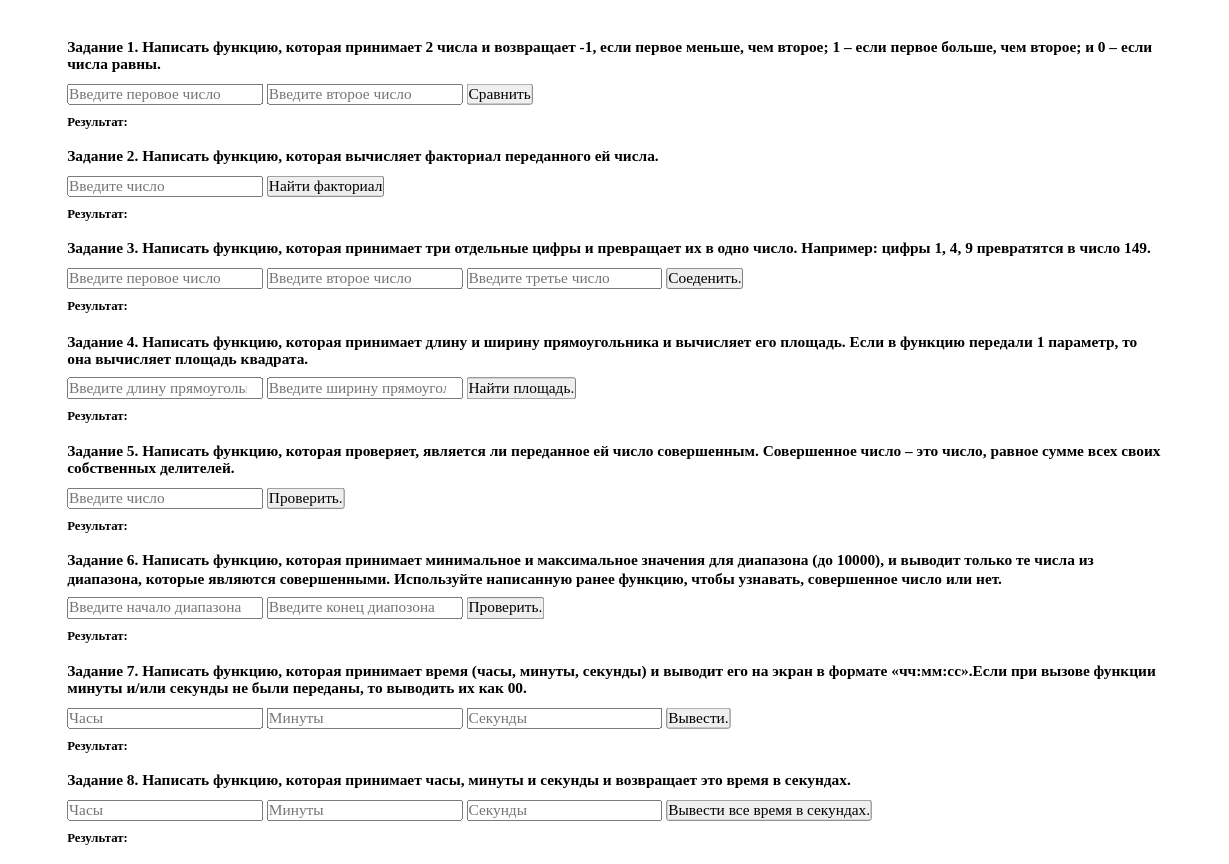
Repository: NastyaGavrilova/Beetroot-js
Page: HW3/index.html
An editor plug-in stored every save of this project. The page is shown before and after the next save, followed by the edit.
The browser window is 1280 px wide. The pictures show the whole page, at 96% of full size.

Above is the page before, as saved 2021-10-18 17:51:59.

### HW3/index.html
<!DOCTYPE html>
<html lang="en">
  <head>
    <meta charset="UTF-8" />
    <meta http-equiv="X-UA-Compatible" content="IE=edge" />
    <meta name="viewport" content="width=device-width, initial-scale=1.0" />
    <link
      rel="stylesheet"
      href="https://cdnjs.cloudflare.com/ajax/libs/normalize/8.0.1/normalize.min.css"
      integrity="sha512-NhSC1YmyruXifcj/KFRWoC561YpHpc5Jtzgvbuzx5VozKpWvQ+4nXhPdFgmx8xqexRcpAglTj9sIBWINXa8x5w=="
      crossorigin="anonymous"
      referrerpolicy="no-referrer"
    />
    <link rel="stylesheet" href="./index.css" />
    <title>Functions</title>
  </head>
  <body>
    <section class="c-task-one">
      <h4 class="c-task-one__title c-title">
        Задание 1. Написать функцию, которая принимает 2 числа и возвращает -1,
        если первое меньше, чем второе; 1 – если первое больше, чем второе; и 0
        – если числа равны.
      </h4>
      <form
        action="#"
        method="post"
        class="c-task-one__form c-form"
        id="js-task1-form"
      >
        <input
          type="number"
          id="js-task1-input1"
          placeholder="Введите перовое число"
        />
        <input
          type="number"
          id="js-task1-input2"
          placeholder="Введите второе число"
        />
        <button id="js-task1-btn">Сравнить</button>
      </form>
      <h5>Результат: <span id="js-task1-span"></span></h5>
    </section>

    <section class="c-task-two c-tasks">
      <h4 class="c-task-two__title c-title">
        Задание 2. Написать функцию, которая вычисляет факториал переданного ей
        числа.
      </h4>
      <form
        action="#"
        method="post"
        class="c-task-two__form c-form"
        id="js-task2-form"
      >
        <input type="number" id="js-task2-input1" placeholder="Введите число" />
        <button id="js-task2-btn">Найти факториал</button>
      </form>
      <h5>Результат: <span id="js-task2-span"></span></h5>
    </section>

    <section class="c-task-three c-tasks">
      <h4 class="c-task-third__title c-title">
        Задание 3. Написать функцию, которая принимает три отдельные цифры и
        превращает их в одно число. Например: цифры 1, 4, 9 превратятся в число
        149.
      </h4>
      <form
        action="#"
        method="post"
        class="c-task-two__form c-form"
        id="js-task3-form c-form"
      >
        <input
          type="number"
          id="js-task3-input1"
          placeholder="Введите перовое число"
        />
        <input
          type="number"
          id="js-task3-input2"
          placeholder="Введите второе число"
        />
        <input
          type="number"
          id="js-task3-input3"
          placeholder="Введите третье число"
        />
        <button id="js-task3-btn">Соеденить.</button>
      </form>
      <h5>Результат: <span id="js-task3-span"></span></h5>
    </section>

    <section class="c-task-four c-tasks">
      <h4 class="c-task-four__title c-title">
        Задание 4. Написать функцию, которая принимает длину и ширину
        прямоугольника и вычисляет его площадь. Если в функцию передали 1
        параметр, то она вычисляет площадь квадрата.
      </h4>
      <form
        action="#"
        method="post"
        class="c-task-four__form c-form"
        id="js-task4-form"
      >
        <input
          type="number"
          id="js-task4-input1"
          placeholder="Введите длину прямоугольника"
        />
        <input
          type="number"
          id="js-task4-input2"
          placeholder="Введите ширину прямоугольника"
        />
        <button id="js-task4-btn">Найти площадь.</button>
      </form>
      <h5>Результат: <span id="js-task4-span"></span></h5>
    </section>

    <section class="c-task-five c-tasks">
      <h4 class="c-task-five__title c-title">
        Задание 5. Написать функцию, которая проверяет, является ли переданное
        ей число совершенным. Совершенное число – это число, равное сумме всех
        своих собственных делителей.
      </h4>
      <form
        action="#"
        method="post"
        class="c-task-five__form c-form"
        id="js-task5-form"
      >
        <input type="number" id="js-task5-input1" placeholder="Введите число" />
        <button id="js-task5-btn">Проверить.</button>
      </form>
      <h5>Результат: <span id="js-task5-span"></span></h5>
    </section>

    <section class="c-task-six c-tasks">
      <h4 class="c-task-six__title c-title">
        Задание 6. Написать функцию, которая принимает минимальное и
        максимальное значения для диапазона (до 10000), и выводит только те
        числа из диапазона, которые являются совершенными. Используйте
        написанную ранее функцию, чтобы узнавать, совершенное число или нет.
      </h4>
      <form
        action="#"
        method="post"
        class="c-task-six__form c-form"
        id="js-task6-form"
      >
        <input
          type="number"
          id="js-task6-input1"
          placeholder="Введите начало диапазона"
        />
        <input
          type="number"
          id="js-task6-input2"
          placeholder="Введите конец диапозона"
        />
        <button id="js-task6-btn">Проверить.</button>
      </form>
      <h5>Результат: <span id="js-task6-span"></span></h5>
    </section>

    <section class="c-task-seven c-tasks">
      <h4 class="c-task-seven__title c-title">
        Задание 7. Написать функцию, которая принимает время (часы, минуты,
        секунды) и выводит его на экран в формате «чч:мм:сс».Если при вызове
        функции минуты и/или секунды не были переданы, то выводить их как 00.
      </h4>
      <form
        action="#"
        method="post"
        class="c-task-seven__form c-form"
        id="js-task7-form"
      >
        <input type="number" id="js-task7-input1" placeholder="Часы" />
        <input type="number" id="js-task7-input2" placeholder="Минуты" />
        <input type="number" id="js-task7-input3" placeholder="Секунды" />
        <button id="js-task7-btn">Вывести.</button>
      </form>
      <h5>Результат: <span id="js-task7-span"></span></h5>
    </section>

    <section class="c-task-eight c-tasks">
      <h4 class="c-task-eight__title c-title">
        Задание 8. Написать функцию, которая принимает часы, минуты и секунды и
        возвращает это время в секундах.
      </h4>
      <form
        action="#"
        method="post"
        class="c-task-eight__form c-form"
        id="js-task8-form"
      >
        <input type="number" id="js-task8-input1" placeholder="Часы" />
        <input type="number" id="js-task8-input2" placeholder="Минуты" />
        <input type="number" id="js-task8-input3" placeholder="Секунды" />
        <button id="js-task8-btn">Вывести все время в секундах.</button>
      </form>
      <h5>Результат: <span id="js-task8-span"></span></h5>
    </section>
    <script src="./index.js"></script>
  </body>
</html>

### HW3/index.css
* {
  box-sizing: border-box;
  padding: 0;
  margin: 0;
}

body {
  max-width: 1200px;
  margin: 0 auto;
}
.c-task-one {
  padding: 40px 30px 20px 30px;
}

.c-tasks {
  padding: 0 30px 20px 30px;
}
.c-title {
  margin-bottom: 10px;
}
.c-form {
  margin-bottom: 10px;
}

### HW3/index.js
// const log = console.log;
// Task 1
let btn1 = document.getElementById("js-task1-btn");
btn1.addEventListener("click", (e) => {
  e.preventDefault();
  let task = document.getElementById("js-task1-input1");
  let task1 = document.getElementById("js-task1-input2");
  let span1 = document.getElementById("js-task1-span");
  let one = 1;
  let minusOne = -1;
  let zero = 0;
  if (task.value < task1.value) {
    return (span1.innerHTML = minusOne);
  } else if (task.value > task1.value) {
    return (span1.innerHTML = one);
  } else if (task.value == task1.value) {
    return (span1.innerHTML = zero);
  }
});

// task 2
let btn2 = document.getElementById("js-task2-btn");
btn2.addEventListener("click", (e) => {
  e.preventDefault();
  let task2 = document.getElementById("js-task2-input1");
  let span2 = document.getElementById("js-task2-span");
  let total = 1;
  for (i = task2.value; i > 1; i--) {
    total *= i;
  }
  return (span2.innerHTML = total);
});

// task 3
let btn3 = document.getElementById("js-task3-btn");
btn3.addEventListener("click", (e) => {
  e.preventDefault();
  let task3 = document.getElementById("js-task3-input1");
  let task3_1 = document.getElementById("js-task3-input2");
  let task3_2 = document.getElementById("js-task3-input3");
  let span3 = document.getElementById("js-task3-span");
  if (isNaN(task3.value, task3_1.value, task3_2.value)) {
    return (span3.innerHTML = "Введеное число не цифра");
  }
  return (span3.innerHTML = `${task3.value}${task3_1.value}${task3_2.value}`);
});

// task 4

let btn4 = document.getElementById("js-task4-btn");
btn4.addEventListener("click", (e) => {
  e.preventDefault();
  let task4 = document.getElementById("js-task4-input1");
  let task4_1 = document.getElementById("js-task4-input2");
  let span4 = document.getElementById("js-task4-span");
  let result;
  if (task4.value != "" && task4_1.value != "") {
    result = task4.value * task4_1.value;
    return (span4.innerHTML = result);
  } else if (task4.value != "" && task4_1.value == "") {
    result = Math.pow(task4.value, 2);
    return (span4.innerHTML = result);
  } else if (task4.value == "" && task4_1.value != "") {
    result = Math.pow(task4_1.value, 2);
    return (span4.innerHTML = result);
  }
});

// task 5

btn5 = document.getElementById("js-task5-btn");
btn5.addEventListener("click", (e) => {
  e.preventDefault();
  let task5 = document.getElementById("js-task5-input1");
  let span5 = document.getElementById("js-task5-span");
  let num = task5.value;
  let sum = 0;
  for (var i = 1; i <= num - 1; i++) {
    if (num % i === 0) {
      sum += i;
    }
  }
  if (sum == num) {
    return (span5.innerHTML = `Число ${num} совершенное`);
  } else {
    return (span5.innerHTML = `Число ${num} не совершенное`);
  }
});

// task 6

let btn6 = document.getElementById("js-task6-btn");
btn6.addEventListener("click", (e) => {
  e.preventDefault();
  let task6 = document.getElementById("js-task6-input1");
  let task6_1 = document.getElementById("js-task6-input2");
  let span6 = document.getElementById("js-task6-span");
  let num6 = task6.value;
  let num6_1 = task6_1.value;
  let result = [];

  for (let i = num6; i < num6_1; i++) {
    sum = 0;
    for (let n = 1; n <= i / 2; n++) {
      if (i % n === 0) sum += n;
    }
    if (i === sum) result.push(i);
  }
  return (span6.innerHTML = result);
});

//task 7

let btn7 = document.getElementById("js-task7-btn");
btn7.addEventListener("click", (e) => {
  e.preventDefault();

  let task7 = document.getElementById("js-task7-input1");
  let task7_1 = document.getElementById("js-task7-input2");
  let task7_2 = document.getElementById("js-task7-input3");
  let span7 = document.getElementById("js-task7-span");

  if (task7.value != "" && task7_1.value != "" && task7_2.value != "") {
    return (span7.innerHTML = `«${task7.value}:${task7_1.value}:${task7_2.value}»`);
  } else if (task7.value != "" && task7_1.value != "" && task7_2.value == "") {
    return (span7.innerHTML = `«${task7.value}:${task7_1.value}:00»`);
  } else if (task7.value != "" && task7_1.value == "" && task7_2.value != "") {
    return (span7.innerHTML = `«${task7.value}:00:${task7_2.value}»`);
  } else if (task7.value != "" && task7_1.value == "" && task7_2.value == "") {
    return (span7.innerHTML = `«${task7.value}:00:00»`);
  }
});

// task 8

let btn8 = document.getElementById("js-task8-btn");
btn8.addEventListener("click", (e) => {
  e.preventDefault();
  let task8 = document.getElementById("js-task8-input1");
  let hour = task8.value;
  let task8_1 = document.getElementById("js-task8-input2");
  let minutes = task8_1.value;
  let task8_2 = document.getElementById("js-task8-input3");
  let sec = task8_2.value;
  let span8 = document.getElementById("js-task8-span");

  let result = hour * 3600 + minutes * 60 + sec * 1;
  console.log(result);
  return (span8.innerHTML = result + " секунд");
});

After the next save:
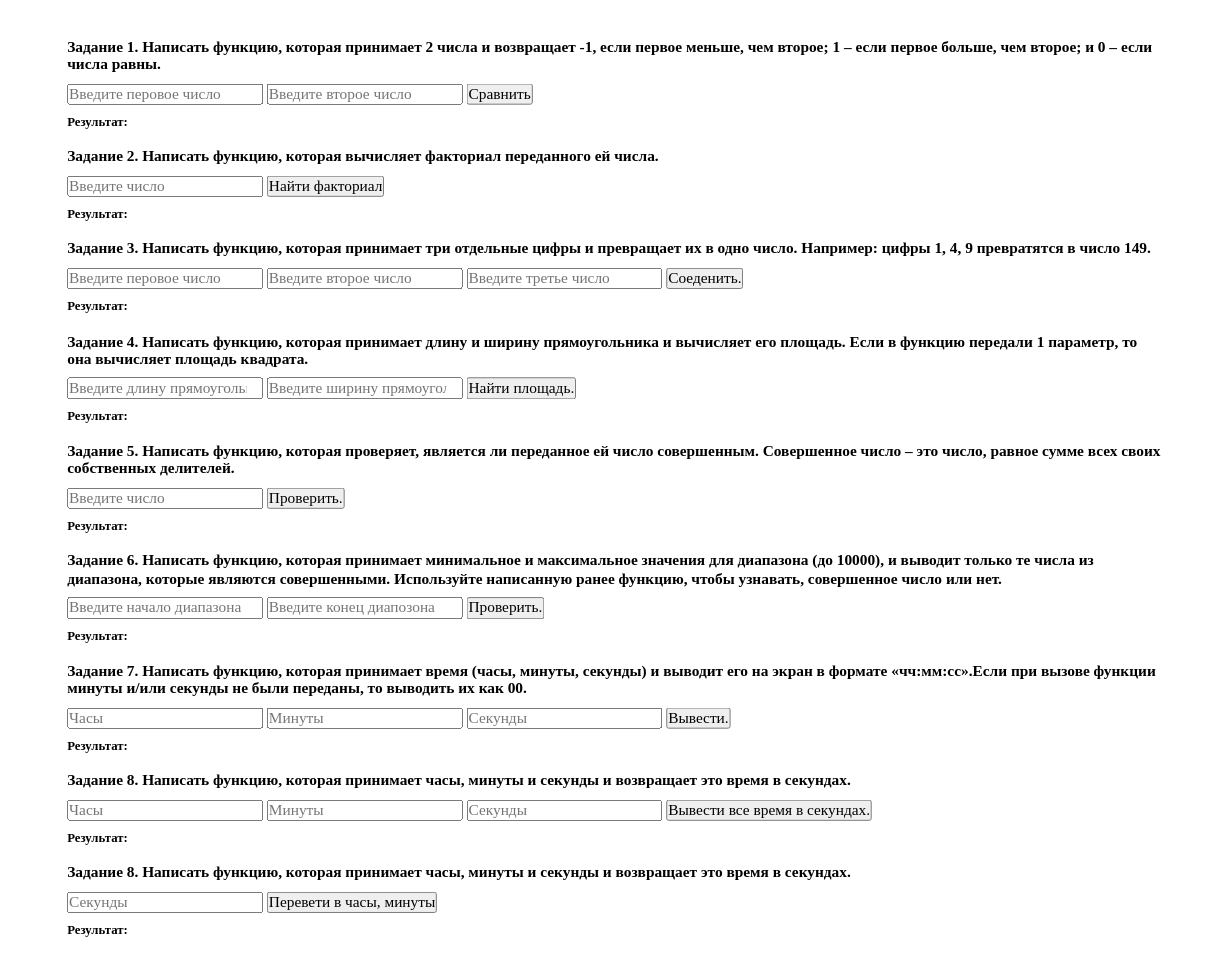
Saved 27 min 1 s later.
--- a/HW3/index.html
+++ b/HW3/index.html
@@ -202,6 +202,22 @@
       </form>
       <h5>Результат: <span id="js-task8-span"></span></h5>
     </section>
+    <section class="c-task-nine c-tasks">
+      <h4 class="c-task-nine__title c-title">
+        Задание 8. Написать функцию, которая принимает часы, минуты и секунды и
+        возвращает это время в секундах.
+      </h4>
+      <form
+        action="#"
+        method="post"
+        class="c-task-nine__form c-form"
+        id="js-task9-form"
+      >
+        <input type="number" id="js-task9-input1" placeholder="Секунды" />
+        <button id="js-task9-btn">Перевети в часы, минуты</button>
+      </form>
+      <h5>Результат: <span id="js-task8-span"></span></h5>
+    </section>
     <script src="./index.js"></script>
   </body>
 </html>
